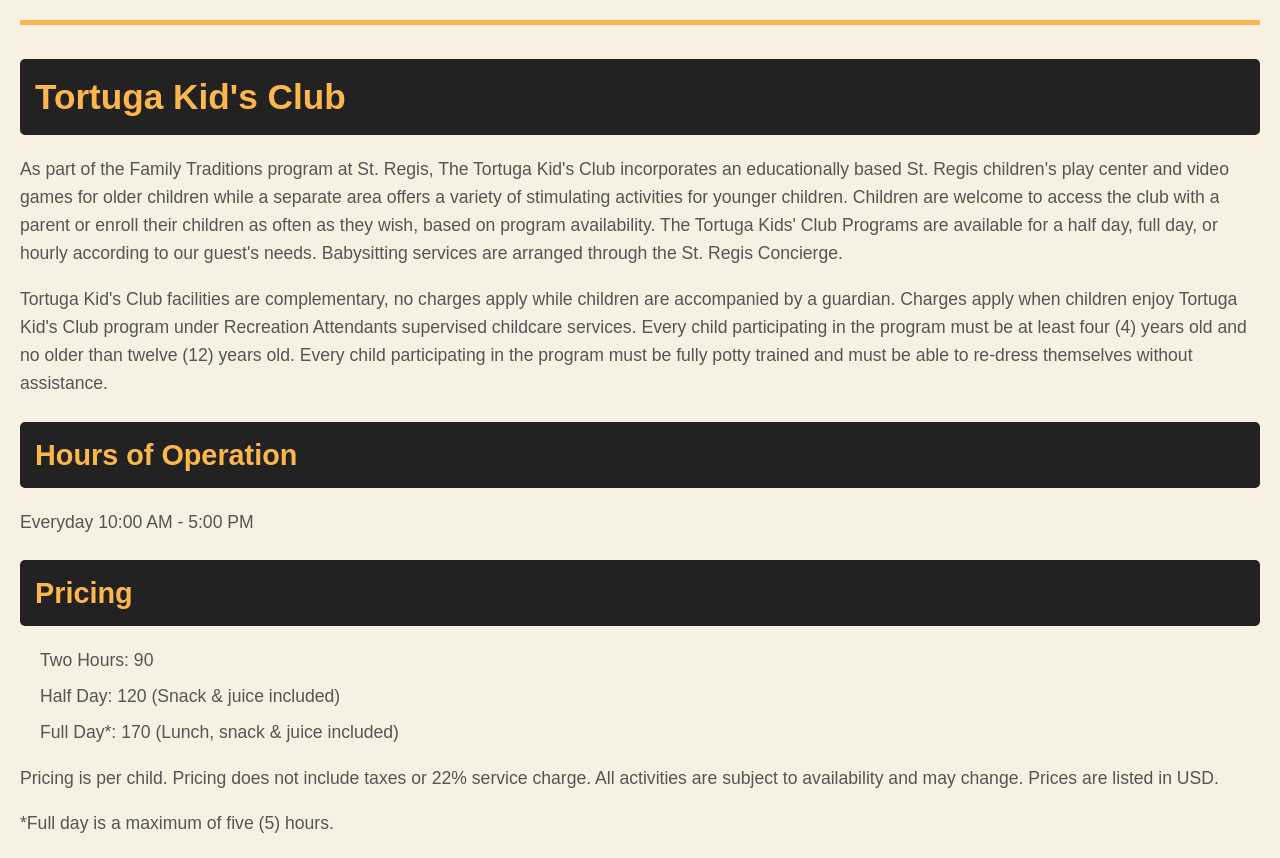
Repository: chvg1968/luxephonebook
Page: public/pages/tortuga.html
An editor plug-in stored every save of this project. The page is shown before and after the next save, followed by the edit.
The browser window is 1280 px wide. The pictures show the whole page.

Above is the page before, as saved 2025-01-23 18:01:05.

### public/pages/tortuga.html
<!DOCTYPE html>
<html lang="en">
<head>
    <meta charset="UTF-8">
    <meta name="viewport" content="width=device-width, initial-scale=1.0">
    <title>Tortuga Kid's Club</title>
    <style>
        body {
            font-family: 'Arial', sans-serif;
            margin: 20px;
            line-height: 1.6;
            color: #555; /* Dark grey for body text */
            background-color: #f8f0e3; /* Pastel beige background */
        }

        h1, h2 {
            background-color: #222; /* Dark grey almost black for title background */
            color: #ffb74d; /* Pastel orange for title text */
            padding: 10px 15px;
            margin-bottom: 20px;
            border-radius: 5px; /* Optional: rounded corners for titles */
        }

        h1 {
            font-size: 2.2em;
        }

        h2 {
            font-size: 1.8em;
        }

        p {
            margin-bottom: 15px;
            font-size: 1.1em;
        }

        ul {
            list-style: none;
            padding-left: 20px; /* Indent list items */
        }

        li {
            margin-bottom: 8px;
            font-size: 1.1em;
        }

        /* Optional: Add a subtle border or shadow for visual interest */
        body {
            border-top: 5px solid #ffb74d; /* Pastel orange top border */
            padding-top: 10px;
        }
    </style>
</head>
<body>

    <h1>Tortuga Kid's Club</h1>

    <p>As part of the Family Traditions program at St. Regis, The Tortuga Kid's Club incorporates an educationally based St. Regis children's play center and video games for older children while a separate area offers a variety of stimulating activities for younger children. Children are welcome to access the club with a parent or enroll their children as often as they wish, based on program availability. The Tortuga Kids' Club Programs are available for a half day, full day, or hourly according to our guest's needs. Babysitting services are arranged through the St. Regis Concierge.</p>

    <p>Tortuga Kid's Club facilities are complementary, no charges apply while children are accompanied by a guardian. Charges apply when children enjoy Tortuga Kid's Club program under Recreation Attendants supervised childcare services. Every child participating in the program must be at least four (4) years old and no older than twelve (12) years old. Every child participating in the program must be fully potty trained and must be able to re-dress themselves without assistance.</p>

    <h2>Hours of Operation</h2>
    <p>Everyday 10:00 AM - 5:00 PM</p>

    <h2>Pricing</h2>
    <ul>
        <li>Two Hours: 90</li>
        <li>Half Day: 120 (Snack & juice included)</li>
        <li>Full Day*: 170 (Lunch, snack & juice included)</li>
    </ul>
    <p>Pricing is per child. Pricing does not include taxes or 22% service charge. All activities are subject to availability and may change. Prices are listed in USD.</p>
    <p>*Full day is a maximum of five (5) hours.</p>


</body>
</html>

### public/assets/styles/main.css
:root {
    --primary-color: #2c3e50;
    --secondary-color: #3498db;
    --background-color: #f5f5f5;
    --card-background: #ffffff;
    --text-color: #333333;
    --border-radius: 8px;
    --spacing-sm: 8px;
    --spacing-md: 16px;
    --spacing-lg: 24px;
    --shadow-sm: 0 2px 4px rgba(0, 0, 0, 0.1);
    --shadow-md: 0 4px 6px rgba(0, 0, 0, 0.1);
    --transition-speed: 0.3s;
}

* {
    margin: 0;
    padding: 0;
    box-sizing: border-box;
}

body {
    font-family: 'Helvetica Neue', Arial, sans-serif;
    line-height: 1.6;
    color: var(--text-color);
    background-color: var(--background-color);
}

.container {
    max-width: 1200px;
    margin: 0 auto;
    padding: var(--spacing-lg);
}

.two-column-layout {
    display: grid;
    grid-template-columns: 1fr 1fr;
    gap: var(--spacing-lg);
    margin-top: var(--spacing-lg);
}

.property-column {
    background-color: var(--card-background);
    border-radius: var(--border-radius);
    padding: var(--spacing-lg);
    box-shadow: var(--shadow-sm);
    order: 1;
}

.search-column {
    background-color: var(--card-background);
    border-radius: var(--border-radius);
    padding: var(--spacing-lg);
    box-shadow: var(--shadow-sm);
    order: 2;
}

.main-menu {
    list-style: none;
    padding: 0;
}

.menu-item {
    margin-bottom: var(--spacing-sm);
}

.menu-button,
.sub-menu-button {
    width: 100%;
    display: flex;
    align-items: center;
    gap: var(--spacing-md);
    padding: var(--spacing-md);
    background-color: var(--card-background);
    border: none;
    border-radius: var(--border-radius);
    color: var(--primary-color);
    font-size: 1.1em;
    cursor: pointer;
    transition: all var(--transition-speed);
    box-shadow: var(--shadow-sm);
}

.menu-button i,
.sub-menu-button i {
    font-size: 1.2em;
    width: 24px;
    text-align: center;
}

.menu-button:hover,
.sub-menu-button:hover {
    background-color: var(--secondary-color);
    color: white;
    transform: translateY(-2px);
    box-shadow: var(--shadow-md);
}

.menu-button.selected,
.sub-menu-button.selected {
    background-color: var(--primary-color);
    color: white;
}

.sub-menu {
    list-style: none;
    padding-left: var(--spacing-lg);
    margin-top: var(--spacing-sm);
    display: none; /* Oculto por defecto */
}

.menu-item:hover .sub-menu {
    display: block; /* Se muestra al hacer hover */
}

.sub-menu-item {
    margin-bottom: var(--spacing-sm);
}

.sub-menu-button {
    font-size: 0.95em;
    padding: var(--spacing-sm) var(--spacing-md);
    background-color: var(--background-color);
}

.sub-menu-button i {
    font-size: 1.1em;
}

.modal-container {
    display: none;
    position: fixed;
    top: 0;
    left: 0;
    width: 100%;
    height: 100%;
    background-color: rgba(0, 0, 0, 0.5);
    z-index: 1000;
    opacity: 0;
    transition: opacity var(--transition-speed);
}

.modal-container.active {
    display: flex;
    opacity: 1;
}

.modal-content {
    background-color: var(--card-background);
    border-radius: var(--border-radius);
    width: 90%;
    max-width: 800px;
    max-height: 90vh;
    margin: auto;
    position: relative;
    transform: translateY(-20px);
    transition: transform var(--transition-speed);
    overflow: hidden;
    display: flex;
    flex-direction: column;
}

.modal-container.active .modal-content {
    transform: translateY(0);
}

.modal-header {
    padding: var(--spacing-md);
    background-color: var(--primary-color);
    color: white;
    display: flex;
    align-items: center;
    gap: var(--spacing-md);
    position: sticky;
    top: 0;
}

.back-button {
    background: none;
    border: none;
    color: white;
    cursor: pointer;
    display: flex;
    align-items: center;
    gap: var(--spacing-sm);
    font-size: 1em;
    padding: var(--spacing-sm);
    border-radius: var(--border-radius);
    transition: background-color var(--transition-speed);
}

.back-button:hover {
    background-color: rgba(255, 255, 255, 0.1);
}

.modal-body {
    padding: var(--spacing-lg);
    overflow-y: auto;
    flex-grow: 1;
}

.search-section {
    background-color: var(--card-background);
    padding: var(--spacing-lg);
    border-radius: var(--border-radius);
    box-shadow: var(--shadow-sm);
    margin-bottom: var(--spacing-lg);
}

.search-box {
    display: flex;
    gap: var(--spacing-md);
    margin-bottom: var(--spacing-md);
}

.search-input {
    flex: 1;
    padding: var(--spacing-sm);
    border: 2px solid var(--border-color);
    border-radius: var(--border-radius);
    font-size: 1rem;
    transition: var(--transition);
    background-color: var(--card-background);
}

.search-input:focus {
    outline: none;
    border-color: var(--primary-color);
}

.category-select {
    padding: var(--spacing-sm);
    border: 2px solid var(--border-color);
    border-radius: var(--border-radius);
    font-size: 1rem;
    min-width: 200px;
    background-color: var(--card-background);
    cursor: pointer;
    transition: var(--transition);
}

.category-select:focus {
    outline: none;
    border-color: var(--primary-color);
}

.stats {
    color: var(--text-light);
    font-size: 0.9rem;
}

.results {
    display: grid;
    grid-template-columns: repeat(auto-fill, minmax(300px, 1fr));
    gap: var(--spacing-md);
    padding: var(--spacing-sm);
}

.card {
    background-color: var(--card-background);
    border-radius: var(--border-radius);
    padding: var(--spacing-md);
    box-shadow: var(--shadow-sm);
    transition: var(--transition);
}

.card:hover {
    box-shadow: var(--shadow-md);
    transform: translateY(-2px);
}

.property-welcome {
    text-align: center;
    margin-bottom: var(--spacing-lg);
    position: relative;
}

.property-image {
    width: 100%;
    max-height: 400px;
    object-fit: cover;
    border-radius: var(--border-radius);
    margin-bottom: var(--spacing-md);
}

.back-to-home {
    position: absolute;
    top: var(--spacing-md);
    left: var(--spacing-md);
    background-color: var(--background-color);
    padding: var(--spacing-xs) var(--spacing-sm);
    border-radius: var(--border-radius);
    text-decoration: none;
    color: var(--text-color);
    display: flex;
    align-items: center;
    gap: var(--spacing-xs);
    box-shadow: var(--shadow-sm);
    transition: var(--transition);
}

.back-to-home:hover {
    box-shadow: var(--shadow-md);
    transform: translateY(-2px);
}

.back-to-home i {
    font-size: 1.2rem;
}

.property-info {
    background-color: var(--card-background);
    padding: var(--spacing-md);
    border-radius: var(--border-radius);
    box-shadow: var(--shadow-sm);
}

.info-section {
    margin-bottom: var(--spacing-md);
}

.info-section:last-child {
    margin-bottom: 0;
}

.info-section h3 {
    margin-bottom: var(--spacing-sm);
    color: var(--text-color);
    font-weight: 600;
}

.info-list {
    list-style: none;
}

.info-list li {
    margin-bottom: var(--spacing-xs);
    padding-left: var(--spacing-md);
    position: relative;
}

.info-list li::before {
    content: "•";
    color: var(--primary-color);
    position: absolute;
    left: 0;
}

.warning {
    color: var(--primary-dark);
    font-weight: 500;
}

/* Estilos para las secciones de resultados */
.results-sections {
    margin-top: 2rem;
}

.category-section {
    margin-bottom: 2rem;
    scroll-margin-top: 2rem;
}

.category-section h2 {
    color: #333;
    font-size: 1.5rem;
    margin-bottom: 1rem;
    padding-bottom: 0.5rem;
    border-bottom: 2px solid #e0e0e0;
}

/* Scroll suave para toda la página */
html {
    scroll-behavior: smooth;
}

/* Ajustes responsive */
@media (max-width: 768px) {
    .two-column-layout {
        display: flex;
        flex-direction: column;
        gap: var(--spacing-md);
    }

    .property-column {
        order: 1;
    }

    .search-column {
        order: 2;
    }

    .modal-content {
        width: 95%;
        max-height: 95vh;
        margin: 10px auto;
    }

    .menu-button {
        padding: var(--spacing-sm);
    }

    .menu-button i {
        font-size: 1.1em;
    }

    .category-section {
        scroll-margin-top: 1rem;
    }
}

After the next save:
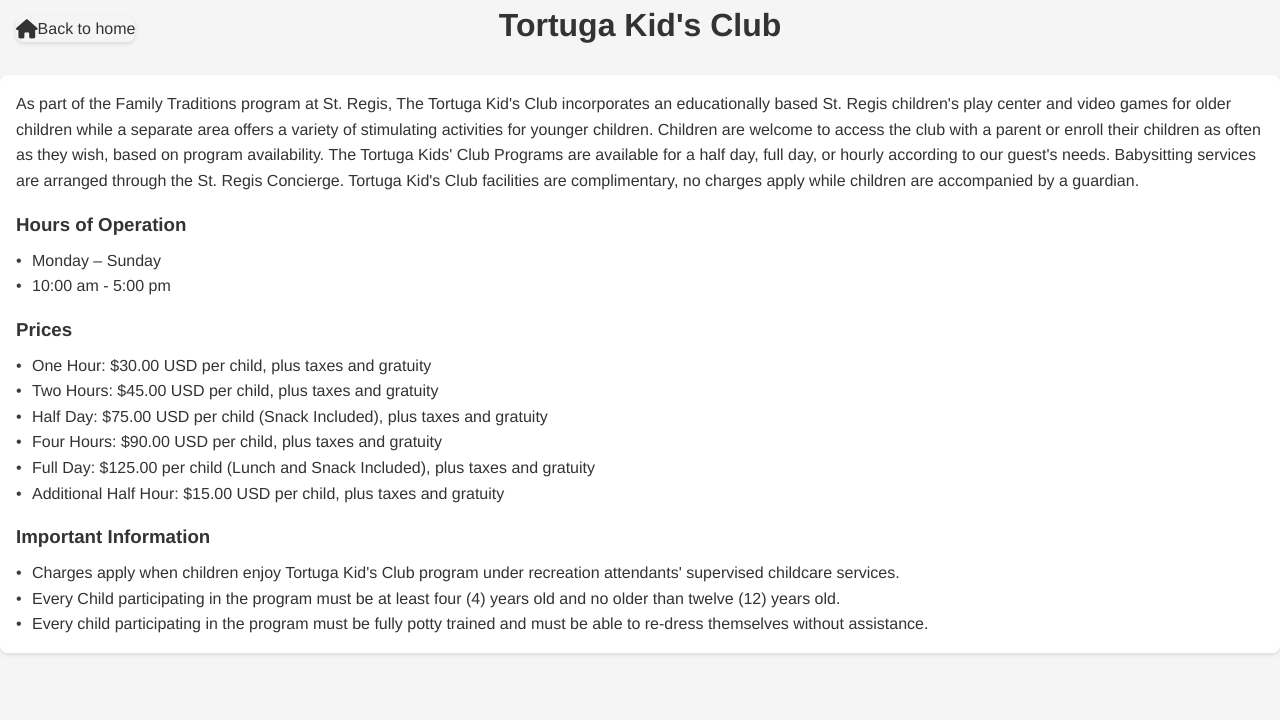
Saved 4 min 30 s later.
--- a/public/pages/tortuga.html
+++ b/public/pages/tortuga.html
@@ -4,73 +4,59 @@
     <meta charset="UTF-8">
     <meta name="viewport" content="width=device-width, initial-scale=1.0">
     <title>Tortuga Kid's Club</title>
-    <style>
-        body {
-            font-family: 'Arial', sans-serif;
-            margin: 20px;
-            line-height: 1.6;
-            color: #555; /* Dark grey for body text */
-            background-color: #f8f0e3; /* Pastel beige background */
-        }
-
-        h1, h2 {
-            background-color: #222; /* Dark grey almost black for title background */
-            color: #ffb74d; /* Pastel orange for title text */
-            padding: 10px 15px;
-            margin-bottom: 20px;
-            border-radius: 5px; /* Optional: rounded corners for titles */
-        }
-
-        h1 {
-            font-size: 2.2em;
-        }
-
-        h2 {
-            font-size: 1.8em;
-        }
-
-        p {
-            margin-bottom: 15px;
-            font-size: 1.1em;
-        }
-
-        ul {
-            list-style: none;
-            padding-left: 20px; /* Indent list items */
-        }
-
-        li {
-            margin-bottom: 8px;
-            font-size: 1.1em;
-        }
-
-        /* Optional: Add a subtle border or shadow for visual interest */
-        body {
-            border-top: 5px solid #ffb74d; /* Pastel orange top border */
-            padding-top: 10px;
-        }
-    </style>
+    <link rel="stylesheet" href="/public/assets/styles/main.css">
+    <link rel="stylesheet" href="https://cdnjs.cloudflare.com/ajax/libs/font-awesome/6.0.0/css/all.min.css">
 </head>
 <body>
+    <main>
+        <div class="property-welcome">
+            <h1 id="propertyTitle">Tortuga Kid's Club</h1>
+            <a href="/index.html" class="back-to-home">
+                <i class="fas fa-home"></i>
+                <span>Back to home</span>
+            </a>
+        </div>
 
-    <h1>Tortuga Kid's Club</h1>
+        <div class="property-container">
+            <div class="property-content">
+                <div class="property-hero">
+                    <div class="property-info">
+                        <div class="info-section">
+                            <p>As part of the Family Traditions program at St. Regis, The Tortuga Kid's Club incorporates an educationally based St. Regis children's play center and video games for older children while a separate area offers a variety of stimulating activities for younger children. Children are welcome to access the club with a parent or enroll their children as often as they wish, based on program availability. The Tortuga Kids' Club Programs are available for a half day, full day, or hourly according to our guest's needs. Babysitting services are arranged through the St. Regis Concierge. Tortuga Kid's Club facilities are complimentary, no charges apply while children are accompanied by a guardian.</p>
+                        </div>
 
-    <p>As part of the Family Traditions program at St. Regis, The Tortuga Kid's Club incorporates an educationally based St. Regis children's play center and video games for older children while a separate area offers a variety of stimulating activities for younger children. Children are welcome to access the club with a parent or enroll their children as often as they wish, based on program availability. The Tortuga Kids' Club Programs are available for a half day, full day, or hourly according to our guest's needs. Babysitting services are arranged through the St. Regis Concierge.</p>
+                        <div class="info-section">
+                            <h3>Hours of Operation</h3>
+                            <ul class="info-list">
+                                <li>Monday – Sunday</li>
+                                <li>10:00 am - 5:00 pm</li>
+                            </ul>
+                        </div>
 
-    <p>Tortuga Kid's Club facilities are complementary, no charges apply while children are accompanied by a guardian. Charges apply when children enjoy Tortuga Kid's Club program under Recreation Attendants supervised childcare services. Every child participating in the program must be at least four (4) years old and no older than twelve (12) years old. Every child participating in the program must be fully potty trained and must be able to re-dress themselves without assistance.</p>
+                        <div class="info-section">
+                            <h3>Prices</h3>
+                            <ul class="info-list">
+                                <li>One Hour: $30.00 USD per child, plus taxes and gratuity</li>
+                                <li>Two Hours: $45.00 USD per child, plus taxes and gratuity</li>
+                                <li>Half Day: $75.00 USD per child (Snack Included), plus taxes and gratuity</li>
+                                <li>Four Hours: $90.00 USD per child, plus taxes and gratuity</li>
+                                <li>Full Day: $125.00 per child (Lunch and Snack Included), plus taxes and gratuity</li>
+                                <li>Additional Half Hour: $15.00 USD per child, plus taxes and gratuity</li>
+                            </ul>
+                        </div>
 
-    <h2>Hours of Operation</h2>
-    <p>Everyday 10:00 AM - 5:00 PM</p>
-
-    <h2>Pricing</h2>
-    <ul>
-        <li>Two Hours: 90</li>
-        <li>Half Day: 120 (Snack & juice included)</li>
-        <li>Full Day*: 170 (Lunch, snack & juice included)</li>
-    </ul>
-    <p>Pricing is per child. Pricing does not include taxes or 22% service charge. All activities are subject to availability and may change. Prices are listed in USD.</p>
-    <p>*Full day is a maximum of five (5) hours.</p>
-
-
+                        <div class="info-section warning">
+                            <h3>Important Information</h3>
+                            <ul class="info-list">
+                                <li>Charges apply when children enjoy Tortuga Kid's Club program under recreation attendants' supervised childcare services.</li>
+                                <li>Every Child participating in the program must be at least four (4) years old and no older than twelve (12) years old.</li>
+                                <li>Every child participating in the program must be fully potty trained and must be able to re-dress themselves without assistance.</li>
+                            </ul>
+                        </div>
+                    </div>
+                </div>
+            </div>
+        </div>
+    </main>
 </body>
 </html>
